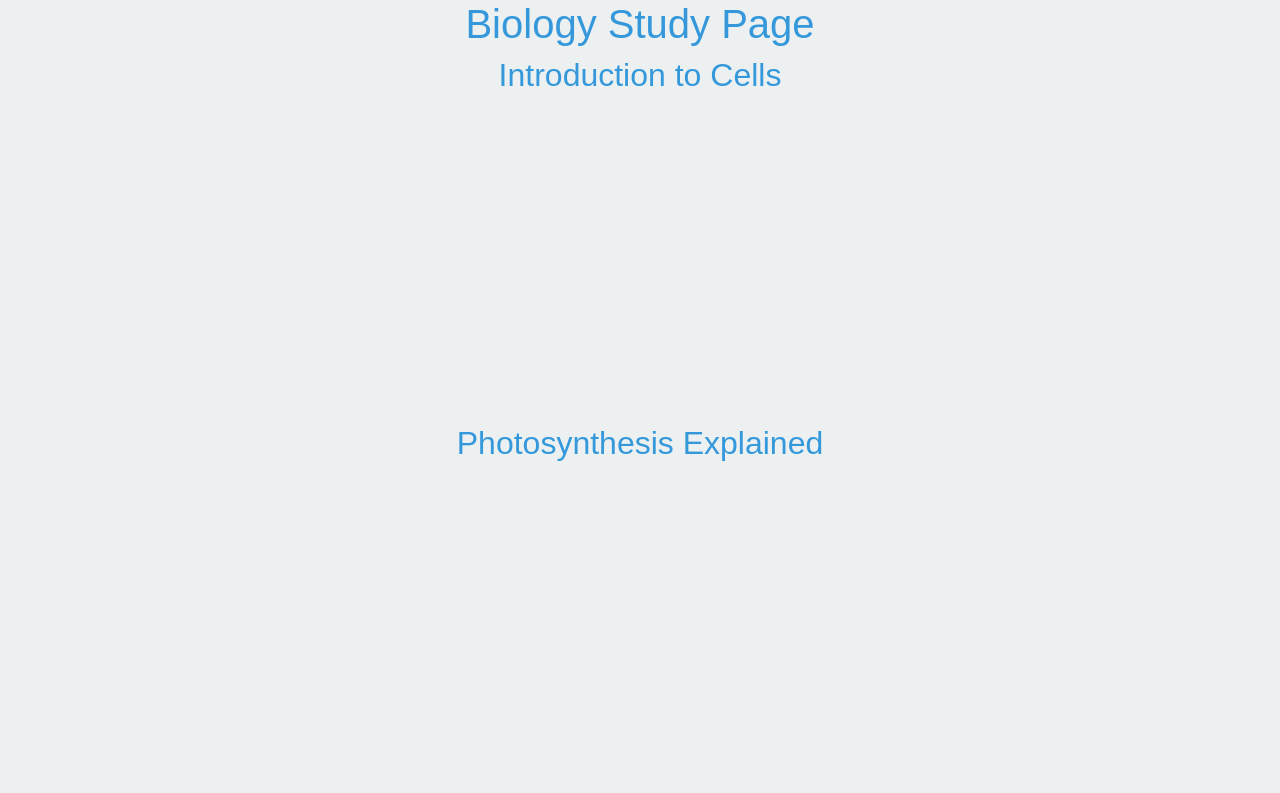
Repository: krmvz/BEMath.kg
Page: /bio
An editor plug-in stored every save of this project. The page is shown before and after the next save, followed by the edit.
The browser window is 1280 px wide. The pictures show the whole page.
The project was rebuilt for these pictures with package versions that can differ from the ones it lists, and the page was loaded fresh each time. Also part of the build but not shown: src/firebase.js, src/components/auth/sign.scss, src/components/auth/SignIn.jsx, src/components/auth/SignUp.jsx, src/components/AuthDetails.jsx, src/components/dashboard/Dashboard.jsx.

Above is the page before, as saved 2023-12-18 20:54:07.

After the next save:
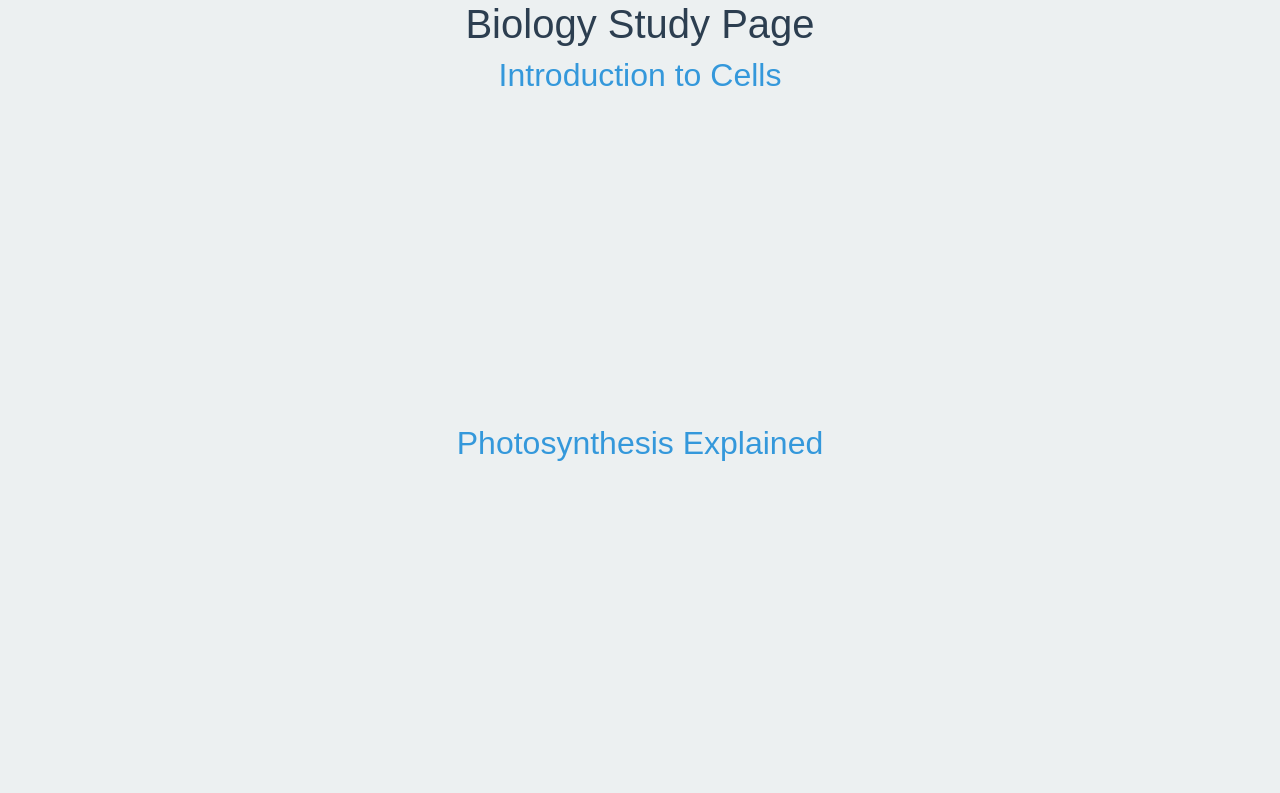
Saved 14 min 51 s later.
--- a/src/components/Biology/biology.scss
+++ b/src/components/Biology/biology.scss
@@ -1,3 +1,5 @@
+// biology.scss
+
 $primary-color: #3498db;
 $background-color: #ecf0f1;
 $text-color: #2c3e50;
@@ -8,19 +10,6 @@ body {
   color: $text-color;
   margin: 0;
   padding: 0;
-}
-
-.container {
-  max-width: 800px;
-  margin: 20px auto;
-  padding: 20px;
-  background-color: #fff;
-  box-shadow: 0 0 10px rgba(0, 0, 0, 0.1);
-  width: 500px;
-}
-
-h1 {
-  color: $primary-color;
 }
 
 .video-container {
